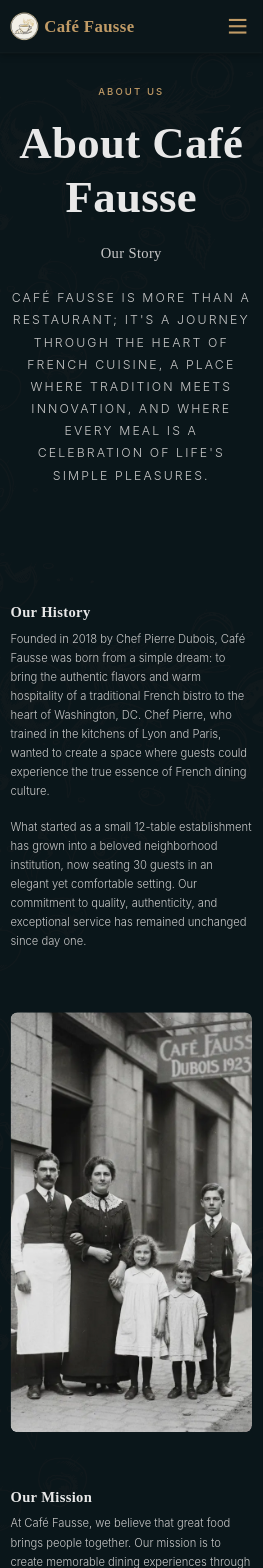
Repository: MatVanDenArt/MSSE-Cafe-Fausse
Page: /about (app in frontend/)
The author's editor kept a copy of each file at every save. The page is drawn from the files as they stood at one save, then again after a run of saves.
The browser window is 375 px wide. The pictures show the part of the page from y = 0 to 2240 px (the page is 11173 px tall before and 10004 px after), at 70% of full size.
Backgrounds fixed to the window are drawn as part of the page. The project was rebuilt for these pictures with package versions that can differ from the ones it lists, and the page was loaded fresh each time. Also part of the build but not shown: frontend/src/pages/Home.css, frontend/src/pages/Home.js, frontend/src/pages/Menu.css, frontend/src/pages/Menu.js, frontend/src/pages/Reservations.css, frontend/src/pages/Reservations.js, frontend/src/pages/Gallery.css, frontend/src/pages/Gallery.js.

Above is the page before, as saved 2025-11-04 17:30:03.

### frontend/src/App.js
import React from "react";
import { BrowserRouter as Router, Routes, Route } from "react-router-dom";
import "./App.css";

// Import components
import Header from "./components/Header";
import Footer from "./components/Footer";
import Home from "./pages/Home";
import Menu from "./pages/Menu";
import Reservations from "./pages/Reservations";
import About from "./pages/About";
import Gallery from "./pages/Gallery";

function App() {
  return (
    <Router>
      <div className="App">
        <Header />
        <main className="main-content">
          <Routes>
            <Route path="/" element={<Home />} />
            <Route path="/menu" element={<Menu />} />
            <Route path="/reservations" element={<Reservations />} />
            <Route path="/about" element={<About />} />
            <Route path="/gallery" element={<Gallery />} />
          </Routes>
        </main>
        <Footer />
      </div>
    </Router>
  );
}

export default App;

### frontend/src/App.css
/* Global Styles */
* {
  margin: 0;
  padding: 0;
  box-sizing: border-box;
}

@import url("https://fonts.googleapis.com/css2?family=Dancing+Script:wght@400;500;600;700&family=Cormorant+Garamond:ital,wght@0,300;0,400;0,500;0,600;0,700;1,300;1,400;1,500;1,600&family=Inter:wght@300;400;500;600&family=Source+Sans+Pro:ital,wght@0,300;0,400;0,600;1,300;1,400&display=swap");

body {
  font-family: "Inter", "Source Sans Pro", "Helvetica Neue", "Arial", sans-serif;
  line-height: 1.6;
  color: #e8e8e8;
  background-color: #0b161a;
  font-weight: 400;
  padding-top: 70px; /* Account for fixed header */
}

/* Remove padding-top for home page since hero handles spacing */
.home {
  padding-top: 0;
}

.App {
  min-height: 100vh;
  display: flex;
  flex-direction: column;
}

.main-content {
  flex: 1;
}

/* Typography */
h1,
h2,
h3,
h4,
h5,
h6 {
  font-family: "Cormorant Garamond", "EB Garamond", "Georgia", "Times New Roman",
    serif;
  font-weight: 500;
  margin-bottom: 1rem;
  letter-spacing: 0.5px;
}

h1 {
  font-size: 2.5rem;
  color: #c19b66;
  font-family: "Dancing Script", "Cormorant Garamond", serif;
  font-weight: 600;
}

h2 {
  font-size: 2rem;
  color: #c19b66;
  font-family: "Dancing Script", "Cormorant Garamond", serif;
  font-weight: 600;
}

h3 {
  font-size: 2rem;
  color: #c19b66;
  font-family: "Dancing Script", "Cormorant Garamond", serif;
  font-weight: 500;
}

p {
  margin-bottom: 1rem;
  font-size: 1.1rem;
  font-family: "Inter", "Source Sans Pro", "Helvetica Neue", "Arial", sans-serif;
}

/* Container */
.container {
  max-width: 1200px;
  margin: 0 auto;
  padding: 0 20px;
}

/* Grid System */
.grid {
  display: grid;
  gap: 2rem;
}

.grid-2 {
  grid-template-columns: repeat(auto-fit, minmax(300px, 1fr));
}

.grid-3 {
  grid-template-columns: repeat(auto-fit, minmax(250px, 1fr));
}

.grid-4 {
  grid-template-columns: repeat(auto-fit, minmax(200px, 1fr));
}

/* Flexbox Utilities */
.flex {
  display: flex;
}

.flex-center {
  display: flex;
  justify-content: center;
  align-items: center;
}

.flex-between {
  display: flex;
  justify-content: space-between;
  align-items: center;
}

.flex-column {
  display: flex;
  flex-direction: column;
}

/* Buttons */
.btn {
  display: inline-block;
  padding: 12px 24px;
  background-color: #c19b66;
  color: #0b161a;
  text-decoration: none;
  border: none;
  border-radius: 5px;
  font-size: 1rem;
  font-weight: 600;
  cursor: pointer;
  transition: all 0.3s ease;
  text-align: center;
}

.btn:hover {
  background-color: #b08a55;
  transform: translateY(-2px);
  box-shadow: 0 4px 12px rgba(193, 155, 102, 0.4);
}

.btn-secondary {
  background-color: transparent;
  color: #c19b66;
  border: 2px solid #c19b66;
}

.btn-secondary:hover {
  background-color: #c19b66;
  color: #0b161a;
}

.btn-large {
  padding: 16px 32px;
  font-size: 1.1rem;
}

/* Forms */
.form-group {
  margin-bottom: 1.5rem;
}

.form-label {
  display: block;
  margin-bottom: 0.5rem;
  font-weight: 600;
  color: #c19b66;
}

.form-input,
.form-select,
.form-textarea {
  width: 100%;
  padding: 12px;
  border: 2px solid #151f21;
  border-radius: 5px;
  font-size: 1rem;
  transition: border-color 0.3s ease;
  background-color: #151f21;
  color: #e8e8e8;
}

.form-input:focus,
.form-select:focus,
.form-textarea:focus {
  outline: none;
  border-color: #c19b66;
  box-shadow: 0 0 0 3px rgba(193, 155, 102, 0.1);
}

.form-textarea {
  resize: vertical;
  min-height: 100px;
}

/* Cards */
.card {
  background: #151f21;
  border-radius: 10px;
  box-shadow: 0 4px 6px rgba(0, 0, 0, 0.3);
  overflow: hidden;
  border: 1px solid #1f2a2d;
}

.card-body {
  padding: 1.5rem;
}

.card-title {
  font-size: 1.25rem;
  margin-bottom: 0.5rem;
  color: #c19b66;
  font-family: "Dancing Script", "Cormorant Garamond", serif;
  font-weight: 500;
}

.card-text {
  color: #c8c8c8;
  margin-bottom: 1rem;
}

/* Images */
.img-responsive {
  width: 100%;
  height: auto;
  display: block;
}

.img-rounded {
  border-radius: 10px;
}

/* Sections */
.section {
  padding: 4rem 0;
}

.section-dark {
  background-color: #0b161a;
  color: white;
}

.section-light {
  background-color: #151f21;
}

.section-title {
  text-align: center;
  margin-bottom: 3rem;
}

.section-title h2 {
  font-size: 2.5rem;
  margin-bottom: 1rem;
}

.section-title p {
  font-size: 1.2rem;
  color: #c8c8c8;
  max-width: 600px;
  margin: 0 auto;
}

/* Hero Section - Moved to Home.css */

.hero-content h1 {
  font-size: 3.5rem;
  margin-bottom: 1rem;
  color: white;
}

.hero-content p {
  font-size: 1.3rem;
  margin-bottom: 2rem;
  max-width: 600px;
}

.hero-buttons {
  display: flex;
  gap: 1rem;
  justify-content: center;
  flex-wrap: wrap;
}

/* Navigation styles are in Header.css */

/* Footer */
.footer {
  background-color: #333;
  color: white;
  padding: 3rem 0 1rem;
}

.footer-content {
  display: grid;
  grid-template-columns: repeat(auto-fit, minmax(250px, 1fr));
  gap: 2rem;
  margin-bottom: 2rem;
}

.footer-bottom {
  text-align: center;
  padding-top: 2rem;
  border-top: 1px solid #555;
  color: #ccc;
}

/* Responsive Design */
@media (max-width: 768px) {
  .container {
    padding: 0 15px;
  }

  .hero-content h1 {
    font-size: 2.5rem;
  }

  .hero-content p {
    font-size: 1.1rem;
  }

  .hero-buttons {
    flex-direction: column;
    align-items: center;
  }

  /* Navigation responsive styles are in Header.css */

  .grid-2,
  .grid-3,
  .grid-4 {
    grid-template-columns: 1fr;
  }

  h1 {
    font-size: 2rem;
  }

  h2 {
    font-size: 1.5rem;
  }
}

@media (max-width: 480px) {
  .hero-content h1 {
    font-size: 2rem;
  }

  .section {
    padding: 2rem 0;
  }

  .btn {
    padding: 10px 20px;
    font-size: 0.9rem;
  }
}

/* Utility Classes */
.text-center {
  text-align: center;
}

.text-left {
  text-align: left;
}

.text-right {
  text-align: right;
}

.mb-1 {
  margin-bottom: 0.5rem;
}
.mb-2 {
  margin-bottom: 1rem;
}
.mb-3 {
  margin-bottom: 1.5rem;
}
.mb-4 {
  margin-bottom: 2rem;
}

.mt-1 {
  margin-top: 0.5rem;
}
.mt-2 {
  margin-top: 1rem;
}
.mt-3 {
  margin-top: 1.5rem;
}
.mt-4 {
  margin-top: 2rem;
}

.p-1 {
  padding: 0.5rem;
}
.p-2 {
  padding: 1rem;
}
.p-3 {
  padding: 1.5rem;
}
.p-4 {
  padding: 2rem;
}

.hidden {
  display: none;
}

.visible {
  display: block;
}

### frontend/src/components/Header.js
import React, { useState, useEffect } from "react";
import { Link, useLocation } from "react-router-dom";
import "./Header.css";

const Header = () => {
  const [isMenuOpen, setIsMenuOpen] = useState(false);
  const location = useLocation();

  const toggleMenu = () => {
    setIsMenuOpen(!isMenuOpen);
  };

  const closeMenu = () => {
    setIsMenuOpen(false);
  };

  // Close menu when route changes
  useEffect(() => {
    closeMenu();
  }, [location]);

  // Close menu when clicking outside and prevent body scroll
  useEffect(() => {
    const handleClickOutside = (event) => {
      if (isMenuOpen && !event.target.closest(".nav")) {
        closeMenu();
      }
    };

    if (isMenuOpen) {
      document.addEventListener("click", handleClickOutside);
      document.body.style.overflow = "hidden"; // Prevent body scroll
    } else {
      document.body.style.overflow = "unset"; // Restore body scroll
    }

    return () => {
      document.removeEventListener("click", handleClickOutside);
      document.body.style.overflow = "unset"; // Cleanup
    };
  }, [isMenuOpen]);

  const isActive = (path) => {
    return location.pathname === path ? "active" : "";
  };

  return (
    <nav className="nav">
      <div className="container">
        <div className="nav-container">
          <Link to="/" className="nav-logo" onClick={closeMenu}>
            <img
              src="/images/Logo - Cafe Fausse.png"
              alt="Café Fausse Logo"
              className="nav-logo-img"
            />
            <span className="nav-logo-text">Café Fausse</span>
          </Link>

          <div className={`nav-menu ${isMenuOpen ? "nav-menu-open" : ""}`}>
            <Link
              to="/"
              className={`nav-link ${isActive("/")}`}
              onClick={closeMenu}
            >
              Home
            </Link>
            <Link
              to="/menu"
              className={`nav-link ${isActive("/menu")}`}
              onClick={closeMenu}
            >
              Menu
            </Link>
            <Link
              to="/reservations"
              className={`nav-link ${isActive("/reservations")}`}
              onClick={closeMenu}
            >
              Reservations
            </Link>
            <Link
              to="/about"
              className={`nav-link ${isActive("/about")}`}
              onClick={closeMenu}
            >
              About Us
            </Link>
            <Link
              to="/our-chefs"
              className={`nav-link ${isActive("/our-chefs")}`}
              onClick={closeMenu}
            >
              Our Chefs
            </Link>
            <Link
              to="/gallery"
              className={`nav-link ${isActive("/gallery")}`}
              onClick={closeMenu}
            >
              Gallery
            </Link>
          </div>

          <button
            className={`nav-toggle ${isMenuOpen ? "open" : ""}`}
            onClick={toggleMenu}
            aria-label="Toggle navigation menu"
          >
            <span className="nav-toggle-line"></span>
            <span className="nav-toggle-line"></span>
            <span className="nav-toggle-line"></span>
          </button>
        </div>
      </div>
    </nav>
  );
};

export default Header;

### frontend/src/components/Footer.js
import React, { useState } from "react";
import "./Footer.css";

const Footer = () => {
  const [email, setEmail] = useState("");
  const [isSubscribed, setIsSubscribed] = useState(false);
  const [isLoading, setIsLoading] = useState(false);

  const handleNewsletterSubmit = async (e) => {
    e.preventDefault();
    if (!email) return;

    setIsLoading(true);
    try {
      const response = await fetch("http://localhost:5000/api/newsletter", {
        method: "POST",
        headers: {
          "Content-Type": "application/json",
        },
        body: JSON.stringify({ email }),
      });

      if (response.ok) {
        setIsSubscribed(true);
        setEmail("");
      } else {
        const error = await response.json();
        console.error("Newsletter signup error:", error);
      }
    } catch (error) {
      console.error("Newsletter signup error:", error);
    } finally {
      setIsLoading(false);
    }
  };

  return (
    <footer className="footer">
      <div className="container">
        <div className="footer-content">
          <div className="footer-section">
            <h3>Café Fausse</h3>
            <p>
              Experience the timeless charm of authentic French bistro dining.
              We welcome you to our table for an unforgettable culinary journey.
            </p>
          </div>

          <div className="footer-section">
            <h3>Contact Info</h3>
            <p>
              <strong>Address:</strong>
              <br />
              1234 Culinary Ave, Suite 100
              <br />
              Washington, DC 20002
            </p>
            <p>
              <strong>Phone:</strong>
              <br />
              (202) 555-4567
            </p>
          </div>

          <div className="footer-section">
            <h3>Hours</h3>
            <p>
              <strong>Monday – Saturday:</strong>
              <br />
              5:00 PM – 11:00 PM
            </p>
            <p>
              <strong>Sunday:</strong>
              <br />
              5:00 PM – 9:00 PM
            </p>
          </div>

          <div className="footer-section">
            <h3>Newsletter</h3>
            <p>Subscribe to our newsletter for updates and special offers.</p>
            {isSubscribed ? (
              <div className="newsletter-success">
                <p>Thank you for subscribing!</p>
              </div>
            ) : (
              <form
                onSubmit={handleNewsletterSubmit}
                className="newsletter-form"
              >
                <input
                  type="email"
                  placeholder="Enter your email"
                  value={email}
                  onChange={(e) => setEmail(e.target.value)}
                  required
                  className="newsletter-input"
                />
                <button
                  type="submit"
                  disabled={isLoading}
                  className="btn btn-secondary newsletter-btn"
                >
                  {isLoading ? "Subscribing..." : "Subscribe"}
                </button>
              </form>
            )}
          </div>
        </div>

        <div className="footer-bottom">
          <p>&copy; 2025 Café Fausse. All rights reserved.</p>
        </div>
      </div>
    </footer>
  );
};

export default Footer;

### frontend/src/components/Header.css
.nav {
  background-color: #0b161a;
  box-shadow: 0 2px 10px rgba(0, 0, 0, 0.3);
  position: fixed;
  top: 0;
  left: 0;
  right: 0;
  z-index: 1000;
  border-bottom: 1px solid #151f21;
}

.nav-container {
  display: flex;
  justify-content: space-between;
  align-items: center;
  padding: 1rem 0;
}

.nav-logo {
  display: flex;
  align-items: center;
  gap: 0.5rem;
  text-decoration: none;
  font-family: "Cormorant Garamond", "EB Garamond", "Georgia", "Times New Roman",
    serif;
  font-weight: 500;
  letter-spacing: 0.5px;
}

.nav-logo-img {
  height: 40px;
  width: auto;
}

.nav-logo-text {
  font-size: 1.5rem;
  font-weight: bold;
  color: #c19b66;
  font-family: "Dancing Script", "Cormorant Garamond", serif;
}

.nav-logo:hover .nav-logo-text {
  color: #c19b66;
}

.nav-menu {
  display: flex;
  list-style: none;
  gap: 2rem;
  margin: 0;
  padding: 0;
}

.nav-link {
  color: #e8e8e8;
  text-decoration: none;
  font-weight: 500;
  transition: color 0.3s ease;
  padding: 0.5rem 0;
  position: relative;
}

.nav-link:hover,
.nav-link.active {
  color: #c19b66;
}

.nav-link.active::after {
  content: "";
  position: absolute;
  bottom: 0;
  left: 0;
  right: 0;
  height: 2px;
  background-color: #c19b66;
}

.nav-toggle {
  display: none;
  flex-direction: column;
  background: none;
  border: none;
  cursor: pointer;
  padding: 0.5rem;
}

.nav-toggle-line {
  width: 25px;
  height: 3px;
  background-color: #c19b66;
  margin: 3px 0;
  transition: 0.3s;
}

/* Mobile Navigation */
@media (max-width: 768px) {
  .nav-toggle {
    display: flex;
  }

  .nav-menu {
    position: fixed;
    top: 70px;
    left: 0;
    right: 0;
    background-color: #0b161a;
    flex-direction: column;
    padding: 2rem;
    box-shadow: 0 2px 10px rgba(0, 0, 0, 0.3);
    transform: translateY(-100%);
    opacity: 0;
    visibility: hidden;
    transition: all 0.3s ease;
    z-index: 999;
    border-top: 1px solid #151f21;
  }

  .nav-menu-open {
    transform: translateY(0);
    opacity: 1;
    visibility: visible;
  }

  .nav-link {
    padding: 1rem 0;
    border-bottom: 1px solid #151f21;
    text-align: center;
    color: #e8e8e8;
  }

  .nav-link:last-child {
    border-bottom: none;
  }

  .nav-link:hover,
  .nav-link.active {
    color: #c19b66;
  }

  .nav-toggle.open .nav-toggle-line:nth-child(1) {
    transform: rotate(45deg) translate(5px, 5px);
  }

  .nav-toggle.open .nav-toggle-line:nth-child(2) {
    opacity: 0;
  }

  .nav-toggle.open .nav-toggle-line:nth-child(3) {
    transform: rotate(-45deg) translate(7px, -6px);
  }
}

### frontend/src/components/Footer.css
.footer {
  background-color: #0b161a;
  color: #e8e8e8;
  padding: 3rem 0 1rem;
  margin-top: auto;
  border-top: 1px solid #151f21;
}

.footer-content {
  display: grid;
  grid-template-columns: repeat(auto-fit, minmax(250px, 1fr));
  gap: 2rem;
  margin-bottom: 2rem;
}

.footer-section h3 {
  color: #c19b66;
  font-size: 1.8rem;
  font-family: "Cormorant Garamond", "Times New Roman", serif;
  font-weight: 500;
  letter-spacing: 0.5px;
  margin-bottom: 0.25rem;
}

.footer-section p {
  margin-bottom: 0.5rem;
  line-height: 1.6;
  color: #c8c8c8;
}

.footer-section strong {
  color: white;
}

.newsletter-form {
  display: flex;
  flex-direction: column;
  gap: 0.5rem;
  margin-top: 1rem;
}

.newsletter-input {
  padding: 0.75rem;
  border: 1px solid #151f21;
  border-radius: 5px;
  background-color: #151f21;
  color: #e8e8e8;
  font-size: 0.9rem;
}

.newsletter-input::placeholder {
  color: #ccc;
}

.newsletter-input:focus {
  outline: none;
  border-color: #c19b66;
}

.newsletter-btn {
  padding: 0.75rem;
  font-size: 0.9rem;
  border: 2px solid #c19b66;
  background-color: transparent;
  color: #c19b66;
}

.newsletter-btn:hover {
  background-color: #c19b66;
  color: #0b161a;
}

.newsletter-btn:disabled {
  opacity: 0.6;
  cursor: not-allowed;
}

.newsletter-success {
  background-color: #4caf50;
  padding: 1rem;
  border-radius: 5px;
  text-align: center;
  margin-top: 1rem;
}

.newsletter-success p {
  margin: 0;
  color: white;
  font-weight: 600;
}

.footer-bottom {
  text-align: center;
  padding-top: 2rem;
  border-top: 1px solid #151f21;
  color: #a8a8a8;
}

.footer-bottom p {
  margin: 0;
  font-size: 0.9rem;
}

@media (max-width: 768px) {
  .footer {
    padding: 2rem 0 1rem;
  }

  .footer-content {
    grid-template-columns: 1fr;
    gap: 1.5rem;
  }

  .newsletter-form {
    flex-direction: column;
  }
}

### frontend/src/pages/About.css
.about {
  padding: 4rem 0;
  min-height: 100vh;
  position: relative;
  background-color: #0b161a;
}

.about::before {
  content: "";
  position: absolute;
  top: 0;
  left: 0;
  right: 0;
  bottom: 0;
  background-color: rgba(11, 22, 26, 0.7);
  z-index: 0;
}

.about > .container {
  position: relative;
  z-index: 1;
}

/* Hero Section */
.about .section-title {
  text-align: center;
  margin-bottom: 5rem;
  padding: 2rem 0;
}

.about .section-title p {
  font-size: 0.85rem;
  text-transform: uppercase;
  letter-spacing: 3px;
  color: #c19b66;
  margin-bottom: 1.5rem;
  font-weight: 500;
  display: inline-block;
}

.about .section-title h1 {
  font-size: 4rem;
  color: #e8e8e8;
  margin-bottom: 1.5rem;
  font-family: "Cormorant Garamond", serif;
  font-weight: 600;
  line-height: 1.2;
}

.about .section-title h2 {
  font-size: 1.3rem;
  color: #c8c8c8;
  font-style: normal;
  font-weight: 300;
  margin-top: 0.5rem;
}

.about-section {
  margin-bottom: 5rem;
}

.about-content {
  display: grid;
  grid-template-columns: 1fr 1fr;
  gap: 5rem;
  align-items: center;
  margin-bottom: 2rem;
}

.about-content.reverse {
  direction: rtl;
}

.about-content.reverse > * {
  direction: ltr;
}

.about-text {
  padding: 2rem 0;
}

.about-text h3 {
  font-size: 3rem;
  color: #e8e8e8;
  margin-bottom: 0.75rem;
  font-family: "Cormorant Garamond", serif;
  font-weight: 600;
  line-height: 1.2;
}

.about-text p {
  font-size: 1rem;
  line-height: 1.7;
  margin-bottom: 1.5rem;
  color: #c8c8c8;
  font-weight: 300;
}

.about-image {
  width: 100%;
  height: 600px;
  overflow: hidden;
  border-radius: 10px;
}

.about-image img {
  width: 100%;
  height: 100%;
  object-fit: cover;
  object-position: center;
}

.about-text h4 {
  font-size: 1.2rem;
  color: #c19b66;
  margin-bottom: 2rem;
  font-family: "Cormorant Garamond", serif;
  font-weight: 400;
  font-style: normal;
  text-transform: uppercase;
  letter-spacing: 1px;
}

.chef-quote {
  background: transparent;
  padding: 2rem 0;
  border-radius: 0;
  border-left: 4px solid #c19b66;
  margin-top: 2rem;
  border-top: none;
  border-right: none;
  border-bottom: none;
  padding-left: 2rem;
}

.chef-quote blockquote {
  font-size: 1.1rem;
  font-style: italic;
  color: #e8e8e8;
  margin-bottom: 1rem;
  line-height: 1.7;
  font-weight: 300;
}

.chef-quote cite {
  color: #c19b66;
  font-weight: 500;
  font-size: 1rem;
  font-style: normal;
}

/* Awards Carousel Section */
.awards-carousel-section {
  margin: 4rem 0;
  width: 100%;
  max-width: 100%;
  position: relative;
  overflow-x: hidden;
  overflow-y: visible;
  display: flex;
  flex-direction: column;
  align-items: center;
}

.awards-header-container {
  max-width: 1200px;
  margin: 0 auto;
  padding: 0 20px;
}

.awards-carousel-wrapper {
  position: relative;
  width: 100%;
  max-width: 1920px;
  margin: 0 auto;
  overflow-x: hidden;
  overflow-y: visible;
  padding: 0;
}

.awards-carousel-container {
  display: flex;
  width: 100%;
  max-width: 1920px;
  overflow-x: auto;
  overflow-y: hidden;
  scroll-snap-type: none;
  scroll-behavior: auto;
  -webkit-overflow-scrolling: touch;
  scrollbar-width: none;
  -ms-overflow-style: none;
  padding: 0;
  scroll-padding: 0;
  will-change: scroll-position;
  margin: 0 auto;
}

.awards-carousel-container::-webkit-scrollbar {
  display: none;
}

.award-slide {
  flex: 0 0 45%;
  width: 45%;
  height: 500px;
  position: relative;
  scroll-snap-align: none;
  scroll-snap-stop: normal;
  margin-right: 0.25rem;
  overflow: hidden;
  box-shadow: 0 8px 16px rgba(0, 0, 0, 0.3);
  flex-shrink: 0;
  background-size: cover !important;
  background-position: center !important;
  background-repeat: no-repeat !important;
}

.award-slide:last-child {
  margin-right: 0;
}

.award-slide-overlay {
  position: absolute;
  top: 0;
  left: 0;
  width: 100%;
  height: 100%;
  background: rgba(0, 0, 0, 0.4);
  z-index: 1;
}

.award-slide-content {
  position: relative;
  z-index: 2;
  height: 100%;
  display: flex;
  flex-direction: column;
  align-items: center;
  justify-content: center;
  text-align: center;
  padding: 3rem;
  color: white;
}

.award-slide-content h4 {
  color: white; /* #C19B66;*/
  font-size: 2.5rem;
  margin-bottom: 1rem;
  font-family: "Dancing Script", "Cormorant Garamond", serif;
  font-weight: 600;
  text-shadow: 2px 2px 4px rgba(0, 0, 0, 0.5);
}

.award-slide-content .award-year {
  color: #c19b66;
  font-size: 1.5rem;
  font-weight: 600;
  margin-bottom: 1rem;
  letter-spacing: 2px;
  text-shadow: 1px 1px 3px rgba(0, 0, 0, 0.5);
}

.award-slide-content .award-description {
  color: #e8e8e8;
  font-size: 1.2rem;
  line-height: 1.6;
  max-width: 600px;
  text-shadow: 1px 1px 2px rgba(0, 0, 0, 0.5);
}

.carousel-indicators {
  position: absolute;
  bottom: 2rem;
  left: 50%;
  transform: translateX(-50%);
  display: flex;
  gap: 0.75rem;
  z-index: 10;
}

.indicator {
  width: 12px;
  height: 12px;
  border-radius: 50%;
  border: 2px solid white;
  background: transparent;
  cursor: default;
  transition: all 0.3s ease;
  pointer-events: none;
}

.indicator.active {
  background: #c19b66;
  border-color: #c19b66;
  width: 24px;
  border-radius: 6px;
}

@media (max-width: 968px) {
  .about-content {
    grid-template-columns: 1fr;
    gap: 2rem;
  }

  .about-content.reverse {
    direction: ltr;
  }
}

@media (max-width: 768px) {
  .about {
    padding: 1rem 0;
  }

  .about-section {
    margin-bottom: 3rem;
  }

  .about-text h3 {
    font-size: 1.5rem;
  }

  .about-text p {
    font-size: 1rem;
  }

  .chef-quote {
    padding: 1.5rem;
  }

  .chef-quote blockquote {
    font-size: 1.1rem;
  }

  .awards-carousel-container {
    padding: 0 7.5%;
    scroll-padding: 0 7.5%;
    scroll-snap-type: x mandatory;
    scroll-behavior: smooth;
  }

  .award-slide {
    flex: 0 0 85%;
    width: 85%;
    height: 450px;
    margin-right: 1rem;
    border-radius: 20px;
    overflow: hidden;
    box-shadow: 0 8px 16px rgba(0, 0, 0, 0.3);
    scroll-snap-align: center;
  }

  .award-slide:first-child {
    margin-left: 0;
  }

  .award-slide:last-child {
    margin-right: 0;
    padding-right: 7.5%;
  }

  .award-slide {
    border-radius: 20px;
  }

  .award-slide-content {
    padding: 2rem;
  }

  .award-slide-content h4 {
    font-size: 2rem;
  }

  .award-slide-content .award-year {
    font-size: 1.3rem;
  }

  .award-slide-content .award-description {
    font-size: 1rem;
  }

  .carousel-indicators {
    bottom: 1.5rem;
  }
}

@media (max-width: 480px) {
  .about-text h3 {
    font-size: 1.3rem;
  }

  .chef-quote {
    padding: 1rem;
  }

  .chef-quote blockquote {
    font-size: 1rem;
  }

  .awards-carousel-container {
    padding: 0 10%;
    scroll-padding: 0 10%;
    scroll-snap-type: x mandatory;
    scroll-behavior: smooth;
  }

  .award-slide {
    flex: 0 0 80%;
    width: 80%;
    height: 400px;
    margin-right: 1rem;
    scroll-snap-align: center;
  }

  .award-slide:last-child {
    padding-right: 10%;
  }

  .award-slide-content {
    padding: 1.5rem;
  }

  .award-slide-content h4 {
    font-size: 1.5rem;
    margin-bottom: 0.75rem;
  }

  .award-slide-content .award-year {
    font-size: 1.1rem;
    margin-bottom: 0.75rem;
  }

  .award-slide-content .award-description {
    font-size: 0.9rem;
  }

  .carousel-indicators {
    bottom: 1rem;
    gap: 0.5rem;
  }

  .indicator {
    width: 10px;
    height: 10px;
  }

  .indicator.active {
    width: 20px;
  }
}

Loaded but not shown: frontend/public/index.html (common file); frontend/src/index.js (common file); frontend/src/index.css (common file); frontend/src/reportWebVitals.js (common file); frontend/src/pages/About.js (558 lines, source omitted)

After the next 2 saves:
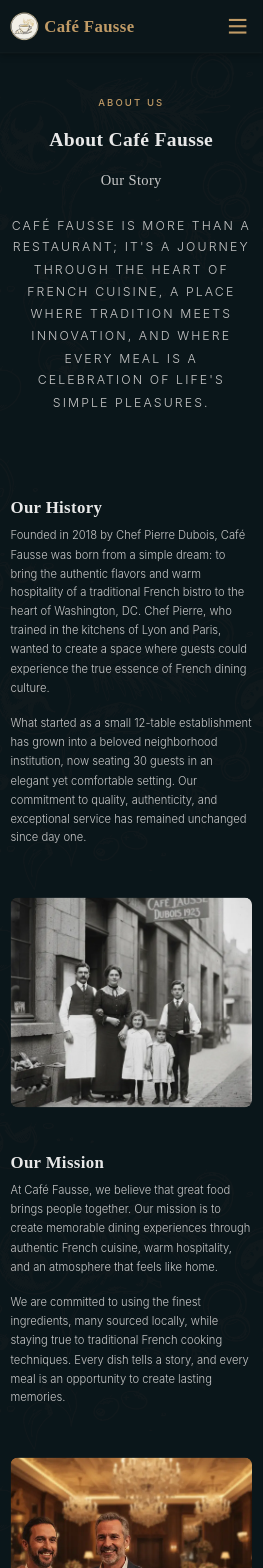
The 2 saves are shown as one change because they came seconds apart.
The last was saved 13 s later.
--- a/frontend/src/pages/About.css
+++ b/frontend/src/pages/About.css
@@ -309,15 +309,31 @@
 
 @media (max-width: 768px) {
   .about {
-    padding: 1rem 0;
+    padding: 2rem 0;
+  }
+
+  .about .section-title {
+    margin-bottom: 3rem;
+  }
+
+  .about .section-title h1 {
+    font-size: 2rem;
   }
 
   .about-section {
     margin-bottom: 3rem;
   }
 
+  .about-image {
+    height: 300px;
+  }
+
+  .about-text {
+    padding: 1.5rem 0;
+  }
+
   .about-text h3 {
-    font-size: 1.5rem;
+    font-size: 1.75rem;
   }
 
   .about-text p {
@@ -325,11 +341,11 @@
   }
 
   .chef-quote {
-    padding: 1.5rem;
+    padding-left: 1.5rem;
   }
 
   .chef-quote blockquote {
-    font-size: 1.1rem;
+    font-size: 1rem;
   }
 
   .awards-carousel-container {
@@ -385,16 +401,24 @@
 }
 
 @media (max-width: 480px) {
+  .about .section-title h1 {
+    font-size: 1.75rem;
+  }
+
   .about-text h3 {
-    font-size: 1.3rem;
+    font-size: 1.5rem;
+  }
+
+  .about-text {
+    padding: 1rem 0;
   }
 
   .chef-quote {
-    padding: 1rem;
+    padding-left: 1rem;
   }
 
   .chef-quote blockquote {
-    font-size: 1rem;
+    font-size: 0.95rem;
   }
 
   .awards-carousel-container {
